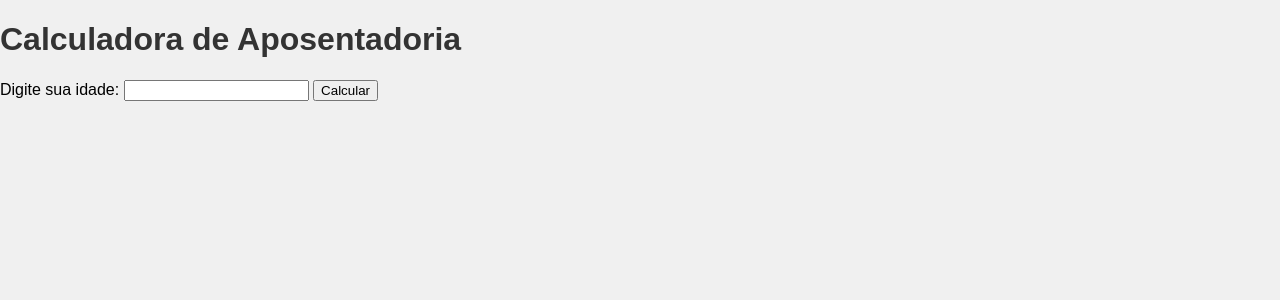
Repository: Gabrielb0rn/Java-script.io
Page: 19aula 1208/index.html
These files come from the project's save history. The page is drawn as it stood at one moment and after a run of saves; the edit follows.
The browser window is 1280 px wide. The pictures show the whole page.

Above is the page before, as saved 2024-08-12 08:35:16.
Console error: TypeError: Cannot read properties of null (reading 'addEventListener')

### 19aula 1208/index.html
<!-- Site de Atividades -->

<!DOCTYPE html>
<html lang="pt-BR">
<head>
    <meta charset="UTF-8">
    <meta name="viewport" content="width=device-width, initial-scale=1.0">
    <title>Site de atividades - aula 19</title>
    <link rel="stylesheet" href="assets/style.css">
</head>
<body>
    <h1>Calculadora de Aposentadoria</h1>
    <form class ="formAposentadoria">
        <label for="idade">Digite sua idade:</label>
        <input type="number" id="idade" name="idade" required>
        <button type="submit">Calcular</button>
    </form>
    <p id="resultado"></p>

    <script src="assets/scripts.js"></script>
</body>
</html>

### 19aula 1208/assets/style.css
body {
    background-color: #f0f0f0;
    font-family: Arial, sans-serif;
    margin: 0;
    padding: 0;
}

header {
    background-color: #333;
    color: #fff;
    padding: 20px;
    text-align: center;
}

nav {
    background-color: #eee;
    padding: 10px;
    text-align: center;
}

nav a {
    color: #333;
    text-decoration: none;
    margin: 0 10px;
}

main {
    padding: 20px;
}

footer {
    background-color: #333;
    color: #fff;
    padding: 10px;
    text-align: center;
    position: fixed;
    bottom: 0;
    width: 100%;
}

.container {
    width: 80%;
    margin: 0 auto;
}

h1, h2, h3 {
    color: #333;
}

p {
    line-height: 1.6;
}

.button {
    background-color: #4CAF50;
    color: white;
    padding: 10px 20px;
    border: none;
    border-radius: 5px;
    cursor: pointer;
}

.button:hover {
    background-color: #45a049;
}

.image {
    width: 100%;
    height: auto;
    display: block;
    margin: 0 auto;
}
.container {
    width: 80%;
    margin: 0 auto;
}

h1, h2, h3 {
    color: #333;
}

p {
    line-height: 1.6;
}

.button {
    background-color: #4CAF50;
    color: white;
    padding: 10px 20px;
    border: none;
    border-radius: 5px;
}

### 19aula 1208/assets/scripts.js










//  --------------------------------- Aposentadoria ---------------------------------------------

document.getElementById('formAposentadoria').addEventListener('submit', function(event) {
    event.preventDefault();
    const idade = document.getElementById('idade').value;
    const idadeMinimaParaAposentadoria = 65;
    let resultado;

    if (idade >= idadeMinimaParaAposentadoria) {
        resultado = "Você já pode se aposentar.";
    } else {
        const anosRestantes = idadeMinimaParaAposentadoria - idade;
        resultado = `Faltam ${anosRestantes} anos para você se aposentar.`;
    }

    document.getElementById('resultado').innerText = resultado;
});

// -----------------------------------------------------------------------------------------------

After the next 4 saves:
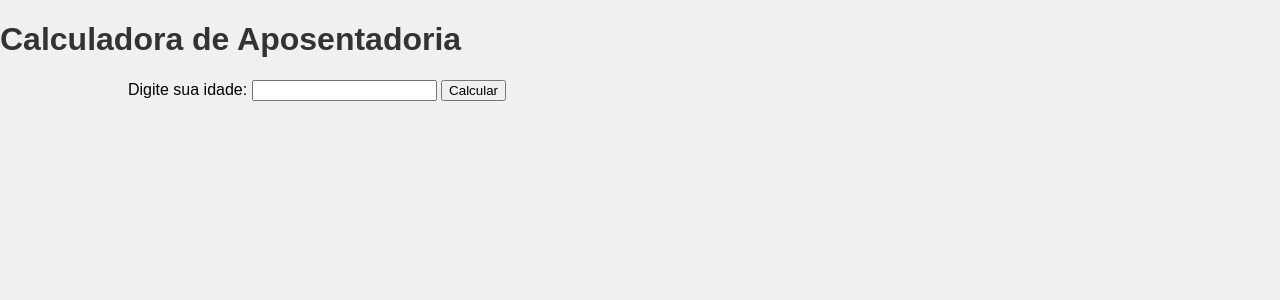
The error is gone.
The 4 saves are shown as one change because they came seconds apart.
The last was saved 13 s later.
--- a/19aula 1208/index.html
+++ b/19aula 1208/index.html
@@ -10,7 +10,7 @@
 </head>
 <body>
     <h1>Calculadora de Aposentadoria</h1>
-    <form class ="formAposentadoria">
+    <form class="container" id="formAposentadoria">
         <label for="idade">Digite sua idade:</label>
         <input type="number" id="idade" name="idade" required>
         <button type="submit">Calcular</button>
